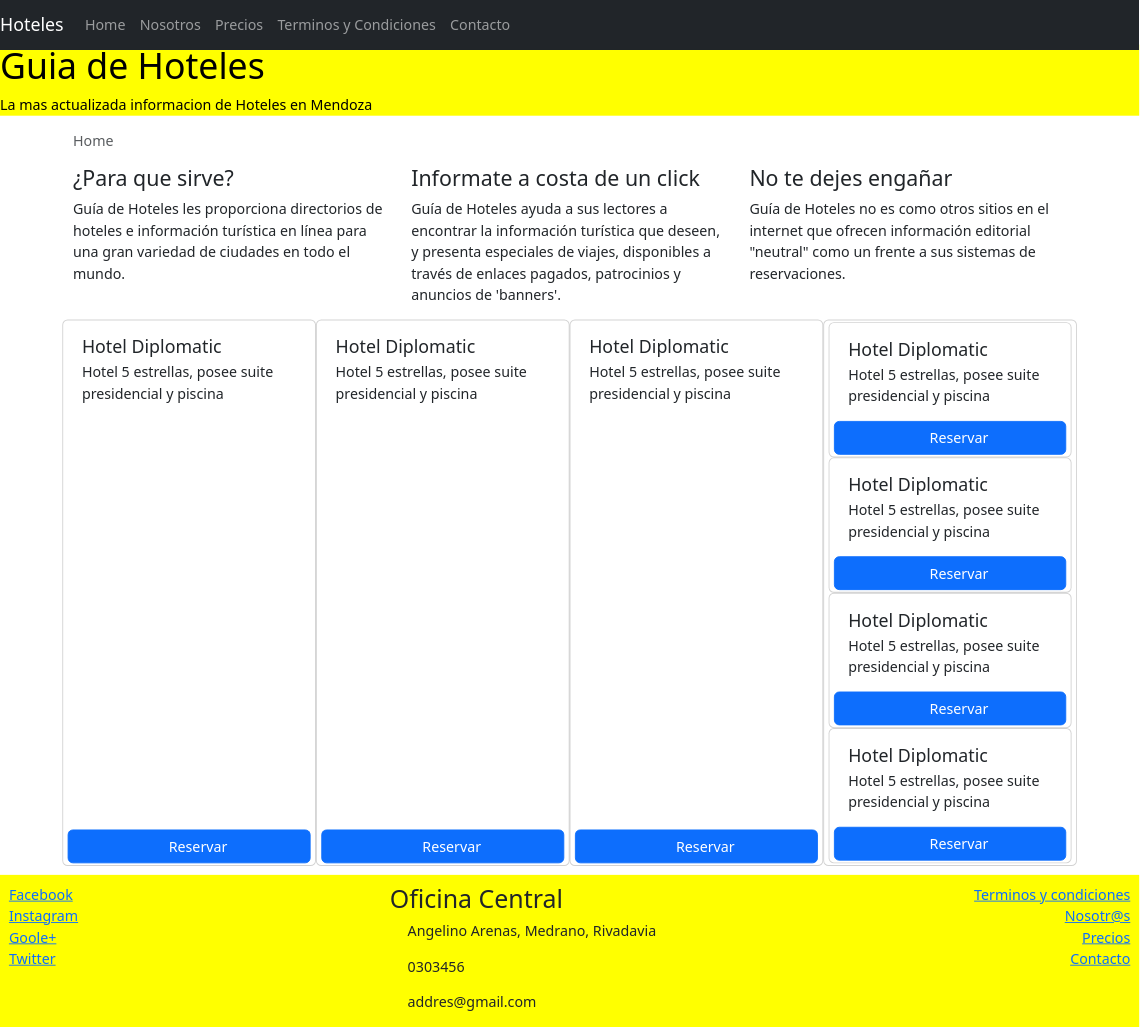
Repository: JulianMoralesSantoni/PaginaHoteles
Page: index.html
An editor plug-in stored every save of this project. The page is shown before and after the next save, followed by the edit.
The browser window is 1280 px wide. The page is 1282 px wide, so the pictures cover 1282 px, including what lies to the right of the window. The pictures show the whole page, at 89% of full size.
Some web fonts or font styles are not loaded; a fallback is used. Some web libraries are served in a nearby version.

Above is the page before, as saved 2021-03-30 01:17:28.

After the next save:
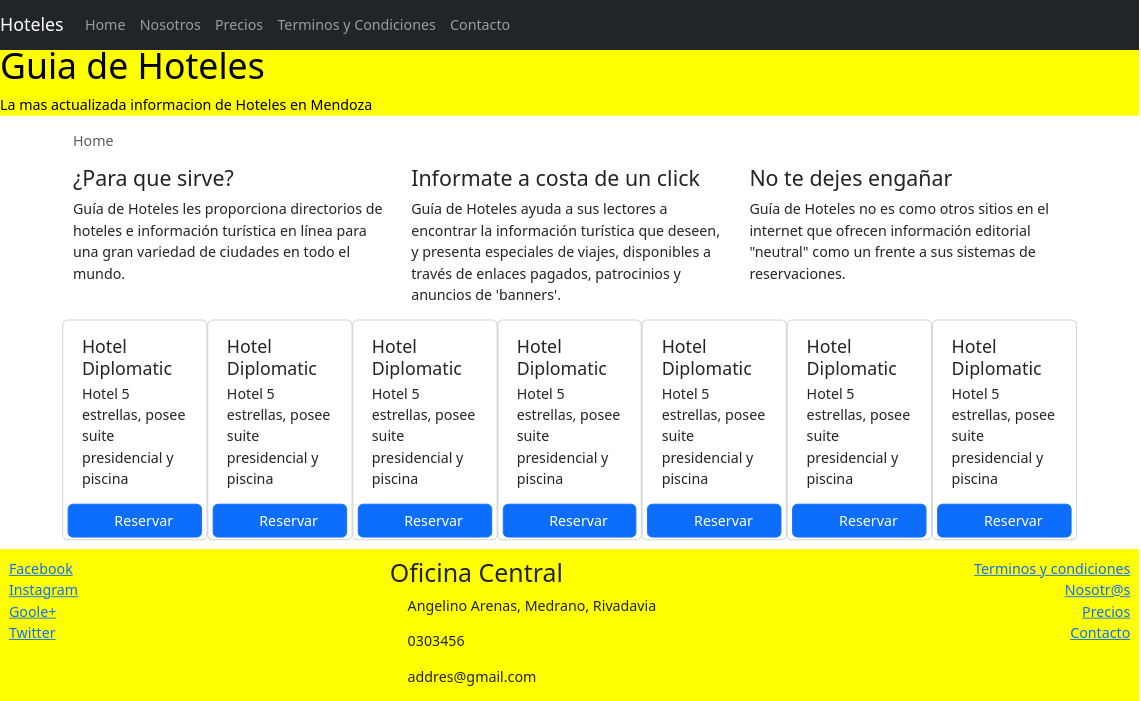
Saved 2 min 17 s later.
--- a/index.html
+++ b/index.html
@@ -97,7 +97,7 @@
                 <div><button class="btn btn-primary  btn-reserva"><span class="oi oi-plus footer-address-icon" ></span>Reservar</button></div>
               </div>
 
-              <div class="card card-hotel d-flex flex-column justify-content-between ml-2">
+
 
      <div class="card card-hotel d-flex flex-column justify-content-between ml-2">
 
@@ -111,20 +111,22 @@
     <div class="card card-hotel d-flex flex-column justify-content-between ml-2">
 
       <div class="card-body">
-               <h5 class="card-title">Hotel Diplomatic</h5>
-               <h6 class="card-subtitle"></h6>
-                <p class="card-text">Hotel 5 estrellas, posee suite presidencial y piscina</p></div>
+        <h5 class="card-title">Hotel Diplomatic</h5>
+          <h6 class="card-subtitle"></h6>
+            <p class="card-text">Hotel 5 estrellas, posee suite presidencial y piscina</p></div>
                 <div><button class="btn btn-primary  btn-reserva"><span class="oi oi-plus footer-address-icon" ></span>Reservar</button></div>
-              </div>
+    </div>
 
-              <div class="card card-hotel d-flex flex-column justify-content-between ml-2">
+    <div class="card card-hotel d-flex flex-column justify-content-between ml-2">
 
-                <div class="card-body">
-                         <h5 class="card-title">Hotel Diplomatic</h5>
-                         <h6 class="card-subtitle"></h6>
-                          <p class="card-text">Hotel 5 estrellas, posee suite presidencial y piscina</p></div>
-                          <div><button class="btn btn-primary  btn-reserva"><span class="oi oi-plus footer-address-icon" ></span>Reservar</button></div>
-                        </div>
+     <div class="card-body">
+        <h5 class="card-title">Hotel Diplomatic</h5>
+          <h6 class="card-subtitle"></h6>
+            <p class="card-text">Hotel 5 estrellas, posee suite presidencial y piscina</p></div>
+              <div><button class="btn btn-primary  btn-reserva"><span class="oi oi-plus footer-address-icon" ></span>Reservar</button></div>
+    </div>
+
+
   <div class="card card-hotel d-flex flex-column justify-content-between ml-2">
 
     <div class="card-body">
@@ -132,7 +134,7 @@
              <h6 class="card-subtitle"></h6>
               <p class="card-text">Hotel 5 estrellas, posee suite presidencial y piscina</p></div>
               <div><button class="btn btn-primary  btn-reserva"><span class="oi oi-plus footer-address-icon" ></span>Reservar</button></div>
-            </div>
+   </div>
 
 
 
